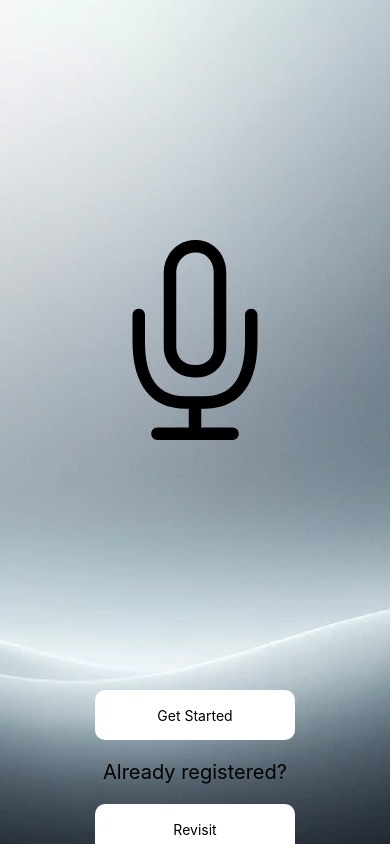
Repository: mortiestmorty1/recordings-app
Screen: / (app in frontend/)
The author's editor kept a copy of each file at every save. The screen is drawn from the files as they stood at one save, then again after the next save.
The app was drawn by React Native's web renderer in a window 390 px wide. The project was rebuilt for these pictures with package versions that can differ from the ones it lists, and the page was loaded fresh each time. Also part of the build but not shown: frontend/components/registerUser.js.

Above is the screen before, as saved 2024-03-08 00:48:17.

### frontend/App.js
import { StatusBar } from 'expo-status-bar';
import { StyleSheet, View } from 'react-native';
import RegisterUser from './components/registerUser.js';
import React from 'react';
import FirstScreen from './components/firstscreen.js';

export default function App() {
  const handleRegistrationSuccess = (userData) => {
    console.log('User registered:', userData);
  };

  return (
    <View style={styles.container}>
      <FirstScreen />
      {/* <RegisterUser onSubmit={handleRegistrationSuccess} /> */}
      <StatusBar style="auto" />
    </View>
  );
}

const styles = StyleSheet.create({
  container: {
    flex: 1,
    backgroundColor: '#fff',
    alignItems: 'center',
    justifyContent: 'center',
  },
});

### frontend/components/firstscreen.js
import React from 'react';
import { View, Text, StyleSheet, TouchableOpacity,ImageBackground } from 'react-native';
import { Svg, Path } from 'react-native-svg';
import background from '../assets/background.png';
const FirstScreen = () => {
  return (
    <View style={styles.container}>
        <ImageBackground
        source={background}
        resizeMode="cover"
        style={styles.imageBackground}
      >
      <Svg style={styles.logo} fill="#000000" width="200" height="200" viewBox="0 0 1024 1024">
        <Path d="M510.88 704h7.6C607.44 704 672 638.4 672 548.032V166.624C672 73.184 604.56 0 518.466 0h-7.584C423.264 0 352 74.752 352 166.624v381.408C352 636.944 420.304 704 510.88 704zM416 166.624C416 110.032 458.56 64 510.88 64h7.6C569.504 64 608 108.128 608 166.624v381.408C608 603.024 572.032 640 518.464 640h-7.584c-55.872 0-94.88-37.808-94.88-91.968zM800 352c-17.68 0-32 14.336-32 32v133.072c0 190.4-67.968 282.929-207.744 282.929H465.12c-182.8 0-209.12-153.84-209.12-282.928V384.001c0-17.664-14.336-32-32-32s-32 14.336-32 32v133.072c0 220.496 91.888 346.928 273.12 346.928H480v96H320c-17.664 0-32 14.336-32 32s14.336 32 32 32h384c17.664 0 32-14.336 32-32s-14.336-32-32-32H544v-96h16.256C684.224 864.001 832 803.809 832 517.072V384c0-17.664-14.32-32-32-32z" />
      </Svg>
      <View style={styles.content}>
        <TouchableOpacity style={styles.btn1} onPress={() => console.log("Get Started pressed")}>
          <Text style={styles.btnText}>Get Started</Text>
        </TouchableOpacity>
        <Text style={styles.text}>Already registered?</Text>
        <TouchableOpacity style={styles.btn1} onPress={() => console.log("Revisit pressed")}>
          <Text style={styles.btnText}>Revisit</Text>
        </TouchableOpacity>
      </View>
      </ImageBackground>
    </View>
  );
};

const styles = StyleSheet.create({
  container: {
    flex: 1,
    width: '100%', // Ensure the container spans the full width
    height: '100%',
    justifyContent: 'center',
    alignItems: 'center',
  },
  imageBackground: {
    width: '100%',
    height: '100%',
    justifyContent: 'center',
    alignItems: 'center',
  },
  logo: {
    width: 200,
    height: 200,
    bottom: 100, // Changed from bottom to marginBottom for better layout control
  },
  text: {
    fontSize: 20,
    margin: 20,
  },
  content: {
    justifyContent: 'center',
    alignItems: 'center',
    top: 250, // Changed from top to marginTop for better layout control
  },
  btn1: {
    width: 200,
    height: 50,
    backgroundColor: 'white',
    borderRadius: 10,
    justifyContent: 'center',
    alignItems: 'center',
  },
  btnText: {
    color: 'black', // Style for the text inside TouchableOpacity
  },
});

export default FirstScreen;

After the next save:
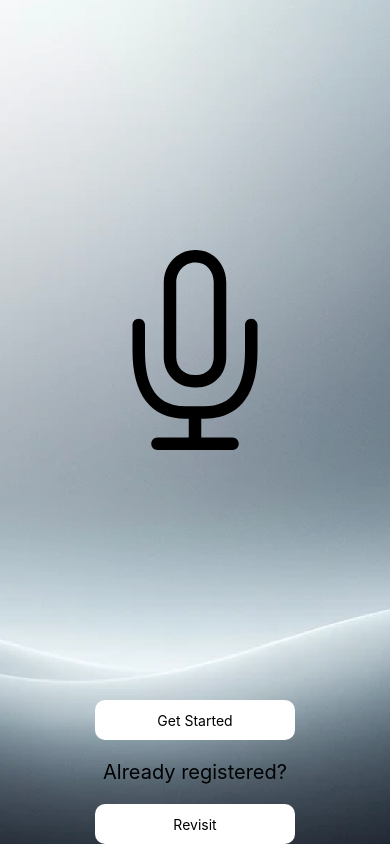
Saved 13 s later.
--- a/frontend/components/firstscreen.js
+++ b/frontend/components/firstscreen.js
@@ -57,7 +57,7 @@ const styles = StyleSheet.create({
   },
   btn1: {
     width: 200,
-    height: 50,
+    height: 40,
     backgroundColor: 'white',
     borderRadius: 10,
     justifyContent: 'center',
